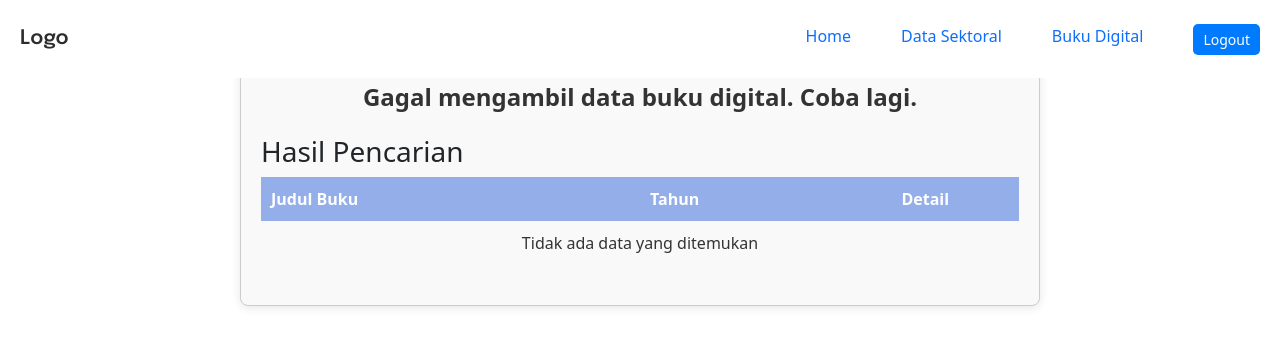
Repository: nida463/Website-PKL
Page: /buku-digital
An editor plug-in stored every save of this project. The page is shown before and after the next save, followed by the edit.
The browser window is 1280 px wide. The pictures show the whole page.
The page's requests for data from a server got no answer. The project was rebuilt for these pictures with package versions that can differ from the ones it lists, and the page was loaded fresh each time. No one was signed in, and anything a server would have sent is missing. Also part of the build but not shown: src/Components/auth/Login.js, src/Components/organisms/Navbar.js, src/Components/atoms/Lable.js, src/Components/molecules/header/BrandingSection.js, src/Components/molecules/header/BodyTextH.js, src/Components/atoms/Button.js, src/Components/molecules/header/ButonContact.js, src/Components/atoms/Image.js and 24 more.

Above is the page before, as saved 2024-10-11 14:26:35.

After the next save:
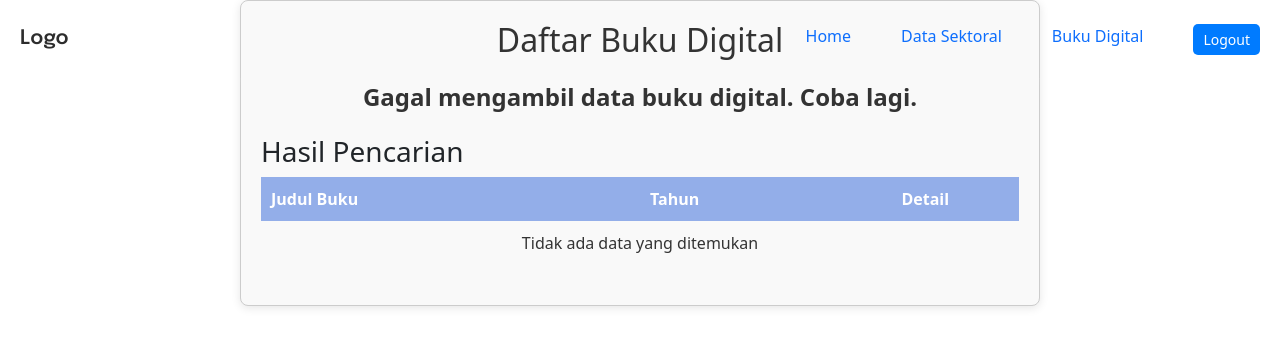
Saved 3 days later.
--- a/src/styles/Navbar.css
+++ b/src/styles/Navbar.css
@@ -15,7 +15,7 @@
   width: 100%;
   height: 78px;
   justify-content: space-between;
-  align-items: center;
+  align-items: center; z
   background-color: var(--navbar-color);
   position: fixed !important;
   top: 0;

After the save that followed:
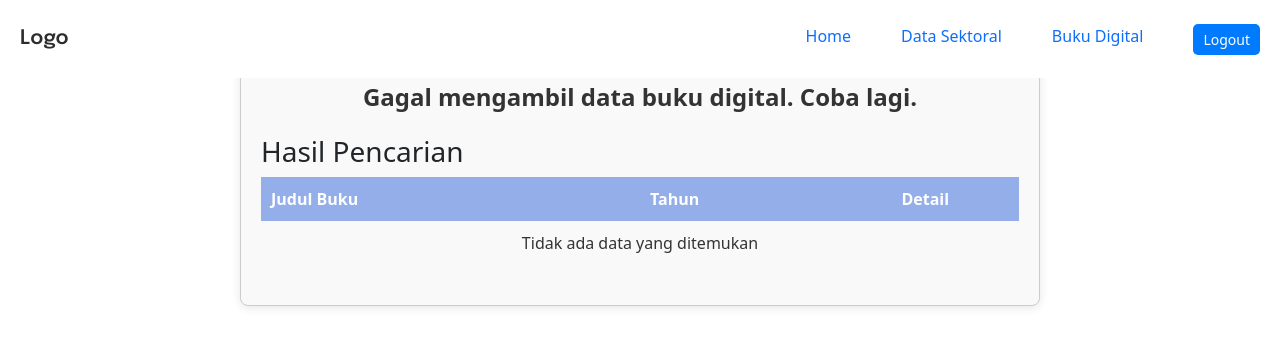
Saved 8 min 11 s later.
--- a/src/styles/Navbar.css
+++ b/src/styles/Navbar.css
@@ -15,7 +15,7 @@
   width: 100%;
   height: 78px;
   justify-content: space-between;
-  align-items: center; z
+  align-items: center;
   background-color: var(--navbar-color);
   position: fixed !important;
   top: 0;
